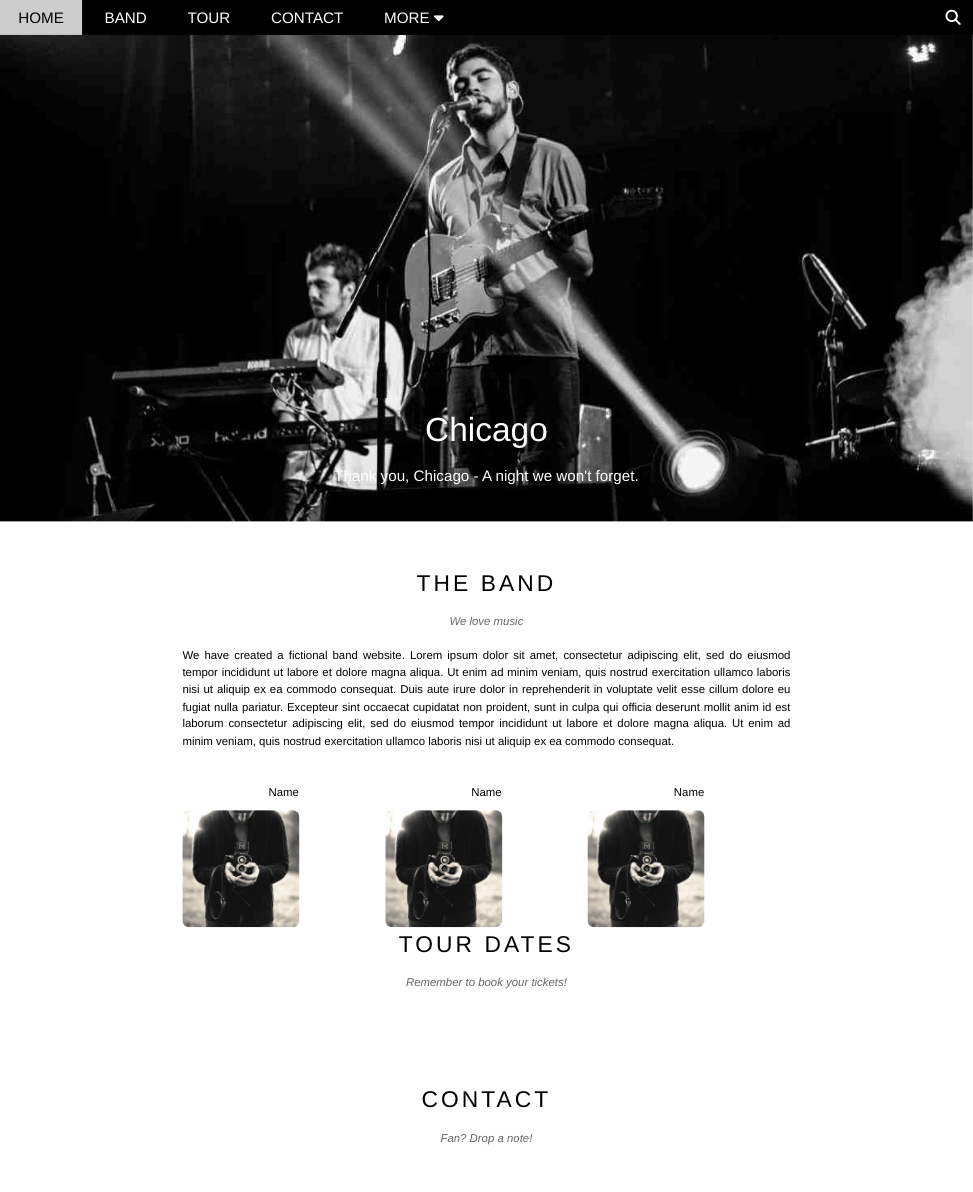
Repository: nugort/nugort.github.io
Page: f8/the-band/index.html
The author's editor kept a copy of each file at every save. The page is drawn from the files as they stood at one save, then again after the next save.
The browser window is 1280 px wide. The pictures show the whole page, at 76% of full size.
Some web libraries are served in a nearby version.

Above is the page before, as saved 2022-02-08 03:58:13.

### f8/the-band/index.html
<!DOCTYPE html>
<html lang="en">

<head>
    <meta charset="UTF-8">
    <meta http-equiv="X-UA-Compatible" content="IE=edge">
    <meta name="viewport" content="width=device-width, initial-scale=1.0">
    <title>Document</title>
    <script src="https://kit.fontawesome.com/28e152e343.js" crossorigin="anonymous"></script>
    <link rel="stylesheet" href="./assets/css/styles.css">
</head>

<body>
    <div id="main">
        <!-- Header -->
        <div id="header">

            <!-- Navigation -->
            <ul id="nav">
                <li>
                    <a href="#">Home</a>
                </li>

                <li>
                    <a href="#">Band</a>
                </li>

                <li>
                    <a href="#">Tour</a>
                </li>

                <li>
                    <a href="#">Contact</a>
                </li>

                <li>
                    <a href="#">More <i class="fas fa-caret-down"></i></a>
                    <ul class="subnav">
                        <li>
                            <a href="#">Merchandise</a>
                        </li>

                        <li>
                            <a href="#">Extras</a>
                        </li>

                        <li>
                            <a href="#">Media</a>
                        </li>
                    </ul>
                </li>
            </ul>

            <!-- Search -->
            <div class="nav-search">
                <a href="#"><i class="nav-search-icon fas fa-search"></i></a>
            </div>
        </div>

        <!-- Slider -->
        <div id="slider">
            <div class="slider-text">
                <h3 class="slider-text-title">
                    Chicago
                </h3>
                <p class="slider-text-dsc">
                    Thank you, Chicago - A night we won't forget.
                </p>
            </div>
        </div>

        <!-- Content -->
        <div id="content">
            <!-- About -->
            <div class="content-section">
                <h2 class="content-section-title">
                    The Band
                </h2>
                <p class="content-section-slogan">
                    We love music
                </p>
                <p class="about-content-section content">We have created a fictional band website. Lorem ipsum dolor sit
                    amet, consectetur adipiscing elit, sed do eiusmod tempor incididunt ut labore et dolore magna
                    aliqua. Ut enim ad minim veniam, quis nostrud exercitation ullamco laboris nisi ut aliquip ex ea
                    commodo consequat. Duis aute irure dolor in reprehenderit in voluptate velit esse cillum dolore eu
                    fugiat nulla pariatur. Excepteur sint occaecat cupidatat non proident, sunt in culpa qui officia
                    deserunt mollit anim id est laborum consectetur adipiscing elit, sed do eiusmod tempor incididunt ut
                    labore et dolore magna aliqua. Ut enim ad minim veniam, quis nostrud exercitation ullamco laboris
                    nisi ut aliquip ex ea commodo consequat.</p>
                <div class="band-members">
                    <div class="member">
                        <p class="member-name">Name</p>
                        <img src="./assets/img/band-members/bandmember.jpg" alt="Name" class="member-avt">
                    </div>

                    <div class="member">
                        <p class="member-name">Name</p>
                        <img src="./assets/img/band-members/bandmember.jpg" alt="Name" class="member-avt">
                    </div>

                    <div class="member">
                        <p class="member-name">Name</p>
                        <img src="./assets/img/band-members/bandmember.jpg" alt="Name" class="member-avt">
                    </div>
                </div>
            </div>

            <!-- Tour -->
            <div class="content-section">
                <h2 class="content-section-title">
                    TOUR DATES
                </h2>
                <p class="content-section-slogan">
                    Remember to book your tickets!
                </p>
            </div>

            <!-- Contact -->
            <div class="content-section">
                <h2 class="content-section-title">
                    CONTACT
                </h2>
                <p class="content-section-slogan">
                    Fan? Drop a note!
                </p>
            </div>
        </div>

        <div id="footer">

        </div>
    </div>
</body>

</html>

### f8/the-band/assets/css/styles.css
/* 3 kiểu dùng css
- inline (phèn)
- internal (cũng phèn)
-external (đúng đúng đúng) */

/* Các đơn vị hay dùng
* Absolute units
- px
- pt
- cm
- mm
- inch
- picture

* Relative units
- %
- rem (bằng kích cỡ chữ của thẻ html - mặc định là 16px)
- em  (bằng kích cỡ chữ của thẻ cha chứa nó gần nhất có set font-size)
- vw (chiều rộng bằng chiều ngang của màn hình hiển thị)
- vh (chiều cao bằng chiều dọc của màn hình hiển thị) */

/* Hàm trong css
- var(): gọi biến vào
- linearGradient()
- rgba()
- rgb
- calc(): tính toán
- attr() */

/* Pseudo-classes (lớp giả) */

:root {
    --text-color: #FFFFFF;
    --background-color: #00171F;
    --button-color: #003459;
    --other-color: #007EA7;
    --button-2nd-color: #00A8E8;
    --nav-heigh: 46px;
}  /* Đặt biến giống trong ngôn ngữ lập trình khác thôi =))) */

* {
    box-sizing: border-box;
    margin: 0;
    padding: 0;
} /* reset css */

html {
    font-family: Helvetica, sans-serif;
    font-size: 20px;
}
/*
Chọn cùng lúc nhiều Class, ID đưa qua css
Bôi đen điểm chung -> CTRL +  SHIFT + L -> Mũi tên qua phải ( > ) -> CTRL + SHIFT + ( > ) -> CTRL + C
-> Qua file css paste -> ALT + CLICK  -> # -> CTRL + ( > ) -> {}
 */

/*
1. Làm từ ngoài vào trong
2. Làm từ trên xuống dưới
3. Từ tổng quan đến chi tiết
*/

/*
1. Vị trí (Vị trí các phần; Header, Content, ...)
2. Kích thước
3. Màu sắc
4. Styles (Fonts chữ, tròn, vuông, ...)
*/

/*
Chiếc web này gồm
1. Header (Done)
    1.1. Navigation (Done)
    1.2. Search button  (Done)
2. Slider (Done)
3. Content
    3.1. About
    3.2. Tour
    3.3. Contact
    3.4. Img
4. Footer
*/

#main{

}

#header{
    position: fixed;
    top: 0px;
    left: 0px;
    right: 0px;
    background-color: black;
    height: var(--nav-heigh);
    z-index: 1;
}

#nav {
    display: inline-block;
}

#nav, .subnav {
    list-style-type: none;
}

#nav > li {
    display: inline-block;
}

#nav  li {
    position: relative;
}

#nav > li > a {
    color: #FFFFFF;
    text-transform: uppercase;
}

#nav li a {
    text-decoration: none;
    line-height: var(--nav-heigh);
    padding: 0px 24px;
    /* padding: 12px 24px; */
}

#nav > li:hover .subnav {
    display: block;
}

#nav > li:hover > a {
    display: inline-block;
    color: #000;
    background-color: #CCC;
}

#nav .subnav {
    display: none;
    position: absolute;
    top: 100%;
    left: 0px;
    background-color: #FFF;
    color: #000;
    box-shadow: 0 0 10px rgba(0, 0, 0, 0.3);
}

#nav .subnav a {
    display: block;
    color: #000;
    min-width: 160px;
    padding: 0px 12px;
    line-height: 38px ;
}

#nav .subnav li:hover a {
    color: #000;
    background-color: #CCC;
}

#header .nav-search {
    display: inline-block;
    float: right;
    line-height: var(--nav-heigh);
    padding: 0px 16px ;
}

#header .nav-search a {
    color: #FFF;
}

#header .nav-search:hover {
    background-color: #F44336 !important;
    cursor: pointer;
}

#slider {
    /* background-color: #CCC;
    height: 1000px; */
    position: relative;
    margin-top: var(--nav-heigh);
    padding-top: 50%;
    background: url('/the-band/assets/img/slider-1/chicago.jpg') top center / cover, no-repeat;
    /* https://youtu.be/BmkVXoKoqVA?t=640 */
}

#slider .slider-text{
    color: #FFF;
    position: absolute;
    bottom: 48px;
    /* left: 50%;
    transform: translateX(-50%); */

    /* left: 0px;
    right: 0px; */

    width: 100%;
    text-align: center;
}

#slider .slider-text-title{
    font-size: 220%;
    font-weight: 500;
    font-style: 24px;
    margin-bottom: 25px;
}

#slider .slider-text-dsc{
    font-style: 15px;
}


#content {

}

#content .content-section {
    width: 800px;
    margin: auto;
    padding: 64px 0px;
}

#content .content-section-title {
    font-weight: 500;
    font-size: 30px;
    text-transform: uppercase;
    letter-spacing: 4px;

}

#content .content-section-slogan {
    font-style: italic;
    font-size: 15px;
    margin-top: 25px;
    opacity: 0.6;
}

#content .about-content-section.content {
    font-size: 15px;
    margin-top: 25px;
    text-align: justify;
    line-height: 1.5;
}

#content .content-section-title,
#content .content-section-slogan {
    text-align: center;
}

#content .band-members{
    margin-top: 48px;
}

#content .member {
    float: left;
    width: calc(100% / 3);
}

#content .member-name {
    text-align: center;
    font-size: 15px;
}

#content .member-avt {
    margin-top: 15px;
    width: 154px;
    border-radius: 9px;
}

#content .

#footer {

}

After the next save:
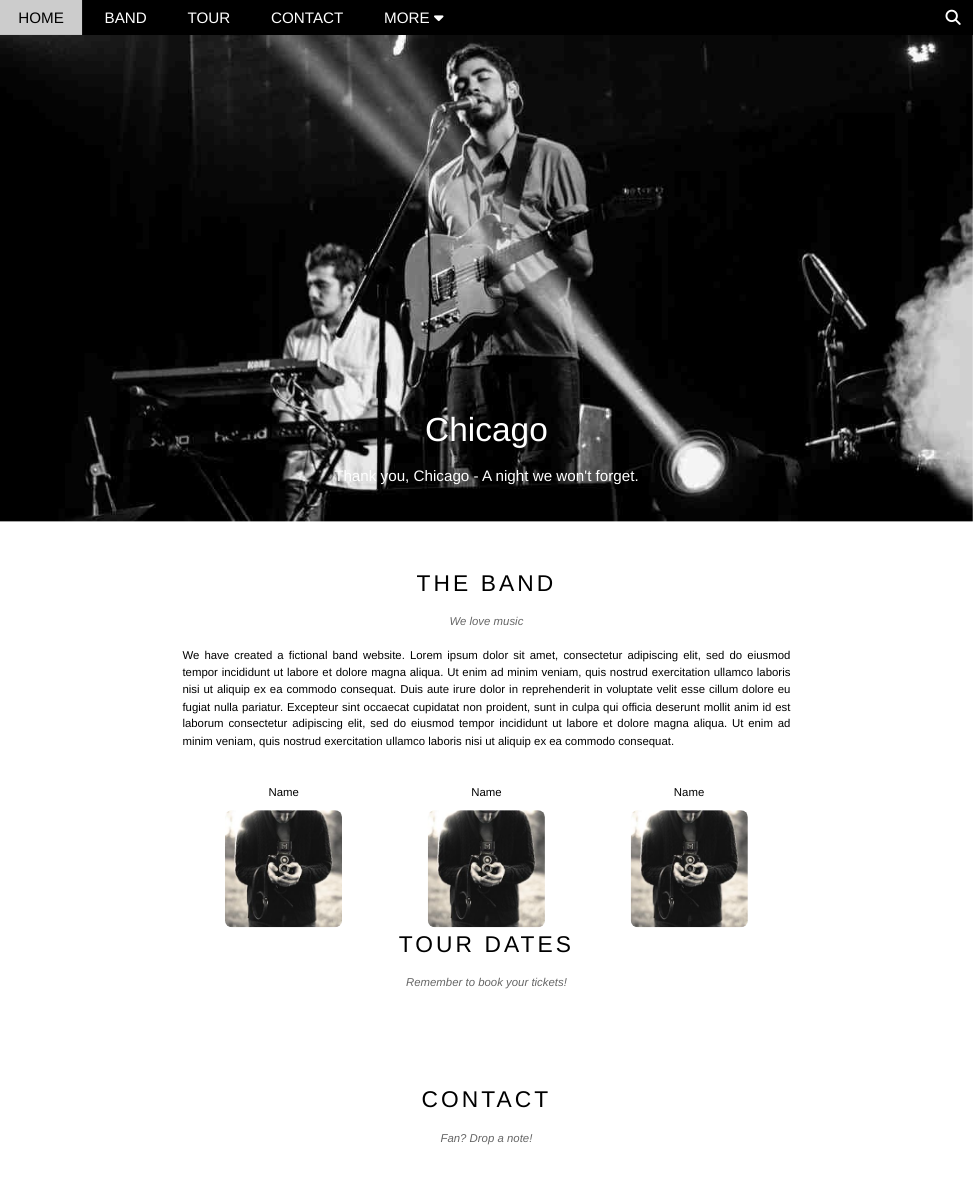
Saved 10 s later.
--- a/f8/the-band/assets/css/styles.css
+++ b/f8/the-band/assets/css/styles.css
@@ -250,12 +250,12 @@ Chiếc web này gồm
 }
 
 #content .member {
+    text-align: center;
     float: left;
     width: calc(100% / 3);
 }
 
 #content .member-name {
-    text-align: center;
     font-size: 15px;
 }
 
